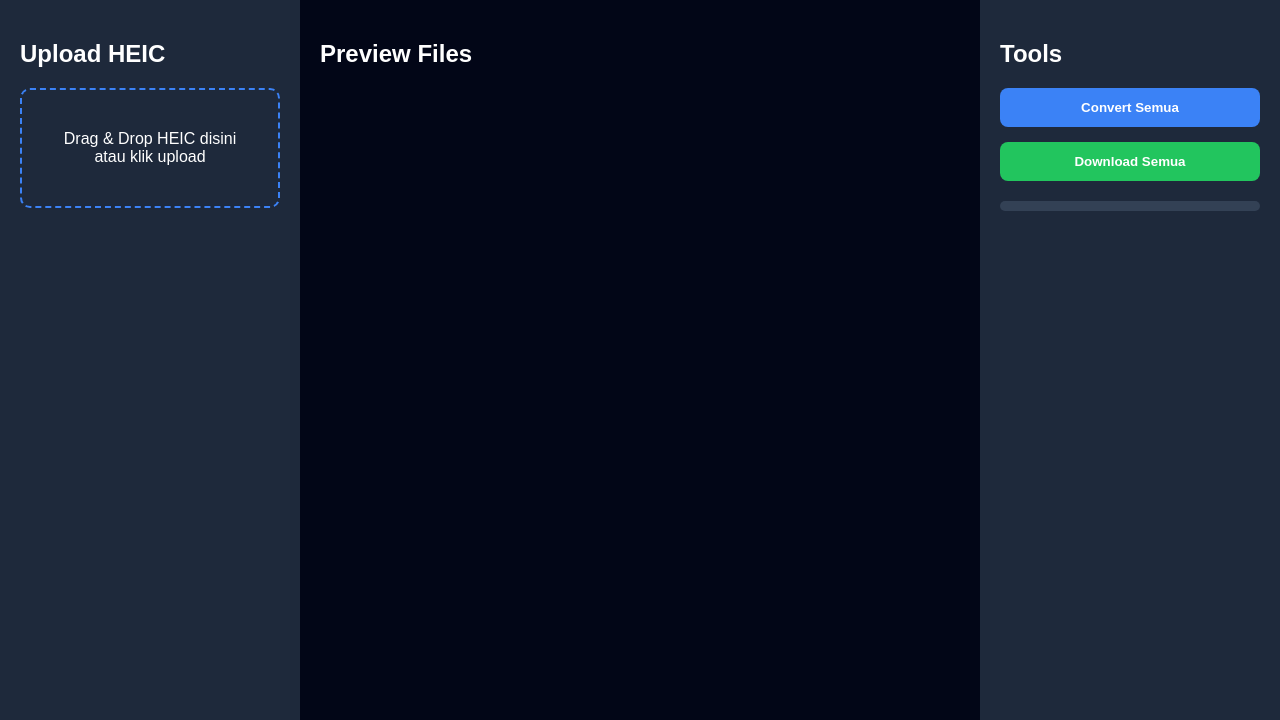
Repository: procinema22/hiisedulurfc
Page: hesedulur-main/convert-image.html
These files come from the project's save history. The page is drawn as it stood at one moment and after the next save; the edit follows.
The browser window is 1280 px wide. The pictures show the whole page.

Above is the page before, as saved 2026-04-23 23:21:48.
Not found: hesedulur-main/js/convert.js

After the next save:
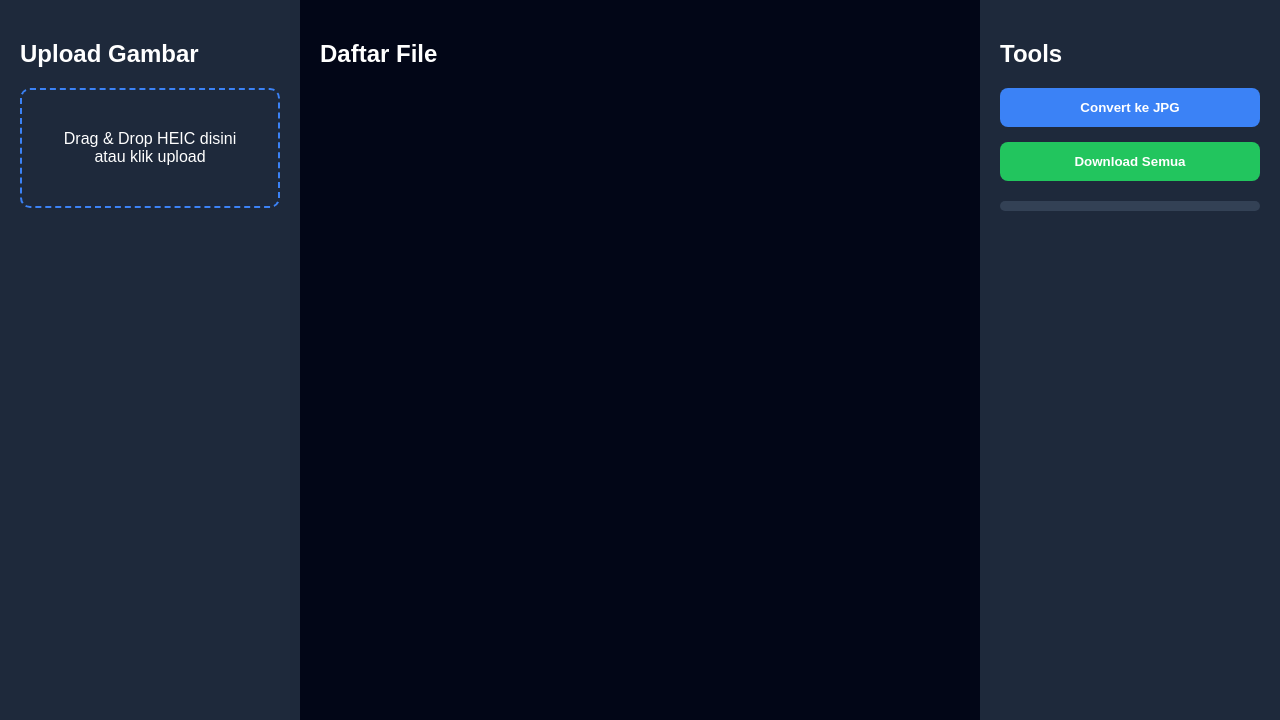
Saved 109 s later.
--- a/hesedulur-main/convert-image.html
+++ b/hesedulur-main/convert-image.html
@@ -5,7 +5,7 @@
 <meta charset="UTF-8">
 <meta name="viewport" content="width=device-width, initial-scale=1.0">
 
-<title>HEIC to JPG Converter</title>
+<title>Convert HEIC ke JPG</title>
 
 <link rel="stylesheet" href="css/convert.css">
 
@@ -17,14 +17,13 @@
 
 <div class="layout">
 
-<!-- LEFT -->
+<!-- LEFT PANEL -->
 <div class="left-panel">
 
-<h2>Upload HEIC</h2>
+<h2>Upload Gambar</h2>
 
 <div id="dropArea" class="drop-area">
-Drag & Drop HEIC disini
-<br>
+Drag & Drop HEIC disini<br>
 atau klik upload
 </div>
 
@@ -33,23 +32,23 @@ atau klik upload
 </div>
 
 
-<!-- CENTER -->
+<!-- CENTER PANEL -->
 <div class="center-panel">
 
-<h2>Preview Files</h2>
+<h2>Daftar File</h2>
 
 <div id="previewList" class="preview-list"></div>
 
 </div>
 
 
-<!-- RIGHT -->
+<!-- RIGHT PANEL -->
 <div class="right-panel">
 
 <h2>Tools</h2>
 
 <button id="convertBtn" class="btn blue">
-Convert Semua
+Convert ke JPG
 </button>
 
 <button id="downloadAll" class="btn green">
